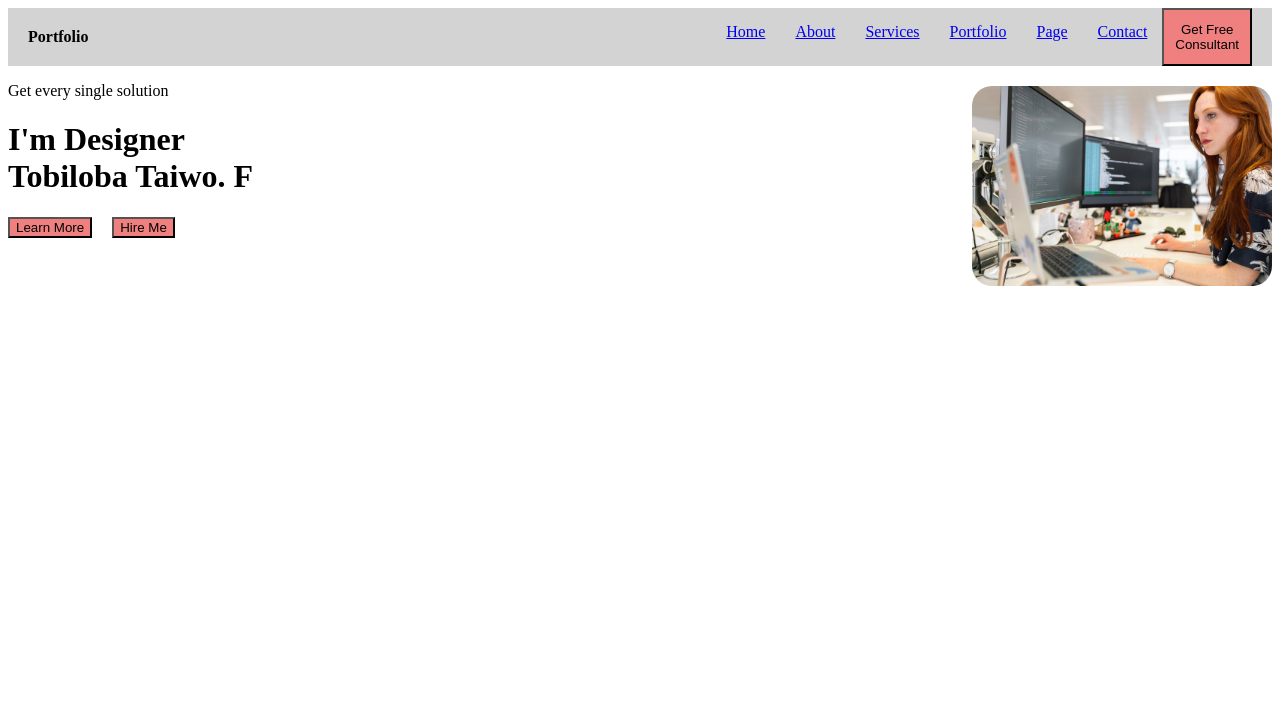
Repository: Tobby004/bdc_task_1
Page: index.html
An editor plug-in stored every save of this project. The page is shown before and after the next save, followed by the edit.
The browser window is 1280 px wide. The pictures show the whole page.

Above is the page before, as saved 2023-02-19 00:21:52.

After the next save:
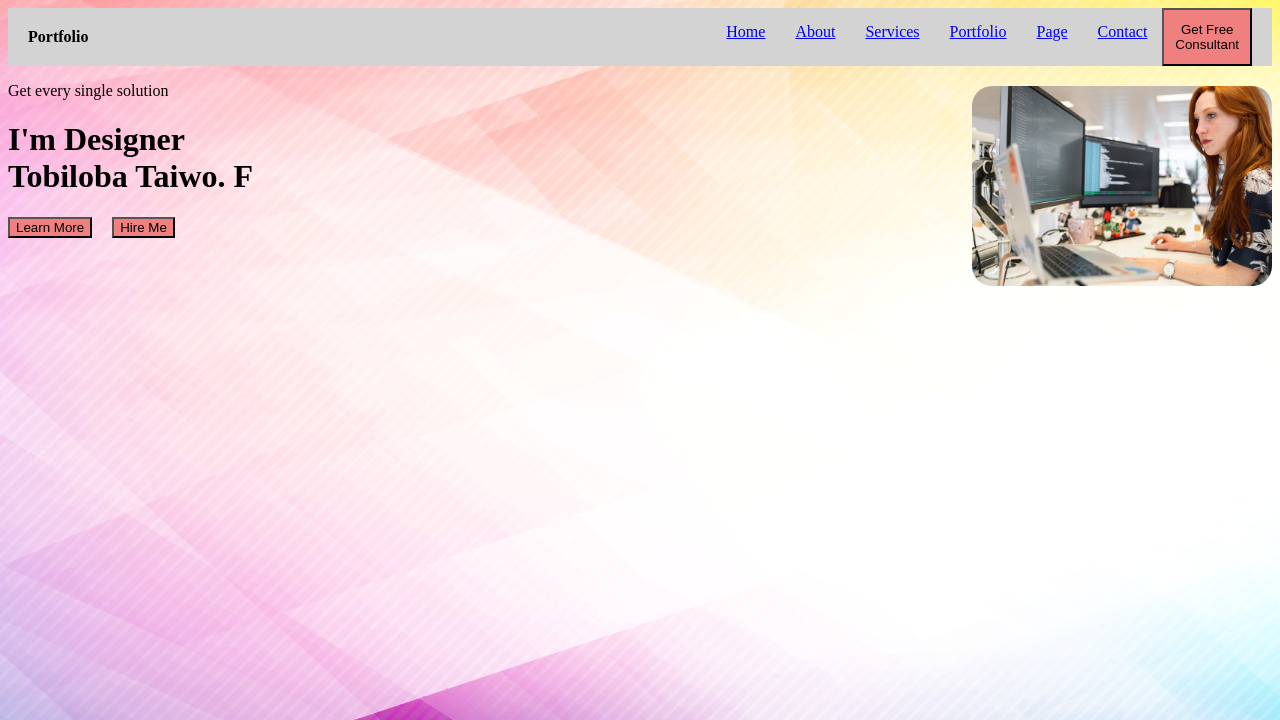
Saved 10 min 9 s later.
--- a/task.css
+++ b/task.css
@@ -27,3 +27,6 @@
     margin-inline-end: 20px;
     background-color: lightcoral;
 }
+body {
+    background-image: url(back001.jpeg);
+}

After the 2 saves that followed:
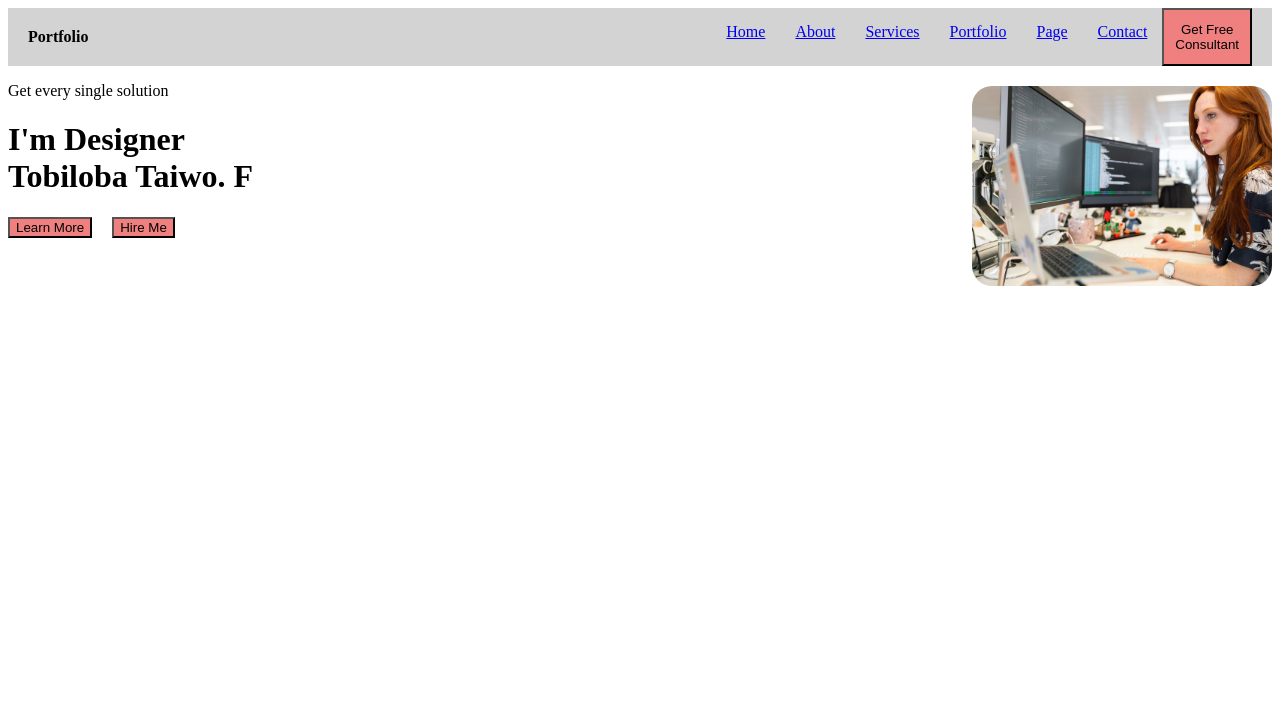
The 2 saves are shown as one change because 1 left the picture as it was.
The last was saved 106 s later.
--- a/task.css
+++ b/task.css
@@ -22,11 +22,12 @@
     margin-top: 20px;
     float: right;
     border-radius: 20px;
+    margin-left: 20px;
 }
 button {
     margin-inline-end: 20px;
     background-color: lightcoral;
 }
 body {
-    background-image: url(back001.jpeg);
+    background-image: url
 }
